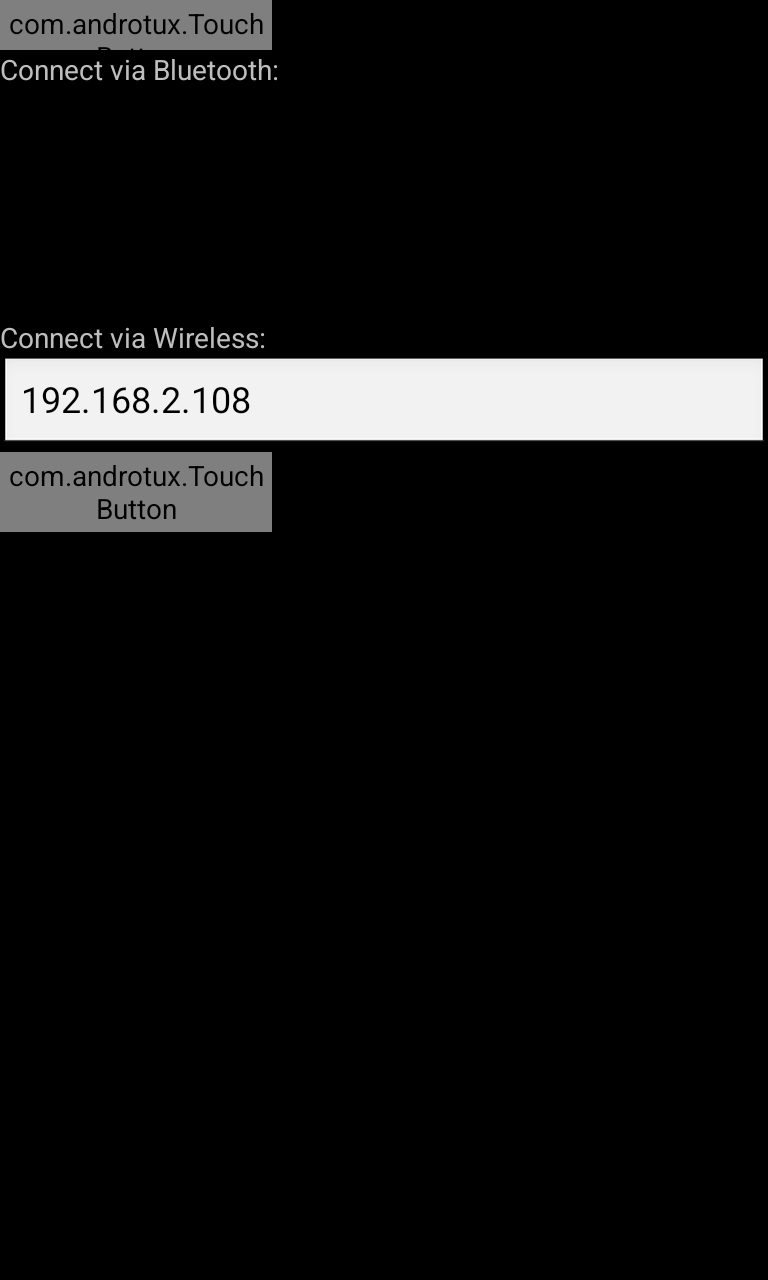
Repository: itayrom/androtux
Layout: app/AndroTux/res/layout/fragment_settings.xml
An editor plug-in stored every save of this project. The layout is shown before and after the next save, followed by the edit.
Pictures or frames that could not be fetched are drawn as grey boxes. It is drawn on a 768 x 1280 px phone screen (xhdpi) without system bars, with theme android:Theme.NoTitleBar.Fullscreen; the app's code is not run. Lists and similar views that code fills are empty.

Above is the layout before, as saved 2014-09-08 22:57:21.

### app/AndroTux/res/layout/fragment_settings.xml
<!--
  Android Remote for Tux (AndroTux)
  Copyright (C) 2014 Itay Rom <1t4yr0m@gmail.com> Tal Sabo <tal.sabo@gmail.com>

  This program is free software: you can redistribute it and/or modify
  it under the terms of the GNU General Public License as published by
  the Free Software Foundation, either version 3 of the License, or
  (at your option) any later version.

  This program is distributed in the hope that it will be useful,
  but WITHOUT ANY WARRANTY; without even the implied warranty of
  MERCHANTABILITY or FITNESS FOR A PARTICULAR PURPOSE.  See the
  GNU General Public License for more details.

  You should have received a copy of the GNU General Public License
  along with this program.  If not, see <http://www.gnu.org/licenses/>.
-->
<LinearLayout xmlns:android="http://schemas.android.com/apk/res/android"
    xmlns:app="http://schemas.android.com/apk/res/com.androtux"
    android:layout_width="fill_parent"
    android:layout_height="fill_parent"
    android:orientation="vertical" >

    <LinearLayout
        android:orientation="horizontal"
        android:layout_width="match_parent"
        android:layout_height="25dp">

        <com.androtux.TouchButton
	        android:id="@+id/btnDisconnect"
	        android:layout_width="136dp"
	        android:layout_height="40dp"
	        app:enabled="false"
	        android:text="Disconnect" />

    </LinearLayout>

    <TextView
        android:layout_width="fill_parent"
        android:layout_height="wrap_content"
        android:text="Connect via Bluetooth:"/>

    <ListView
        android:id="@+id/lvPaired"
        android:layout_width="match_parent"
        android:layout_height="100dp">
    </ListView>

    <TextView
        android:layout_width="fill_parent"
        android:layout_height="wrap_content"
        android:layout_marginTop="15dp"
        android:text="Connect via Wireless:" />

    <EditText
        android:id="@+id/txtWirelessIp"
        android:layout_width="match_parent"
        android:layout_height="wrap_content"
        android:text="192.168.2.108"
        android:ems="10">
	</EditText>

    <com.androtux.TouchButton
        android:id="@+id/btnConnectWireless"
        android:layout_width="136dp"
        android:layout_height="40dp"
        app:enabled="true"
        android:text="Connect" />

</LinearLayout>

After the next save:
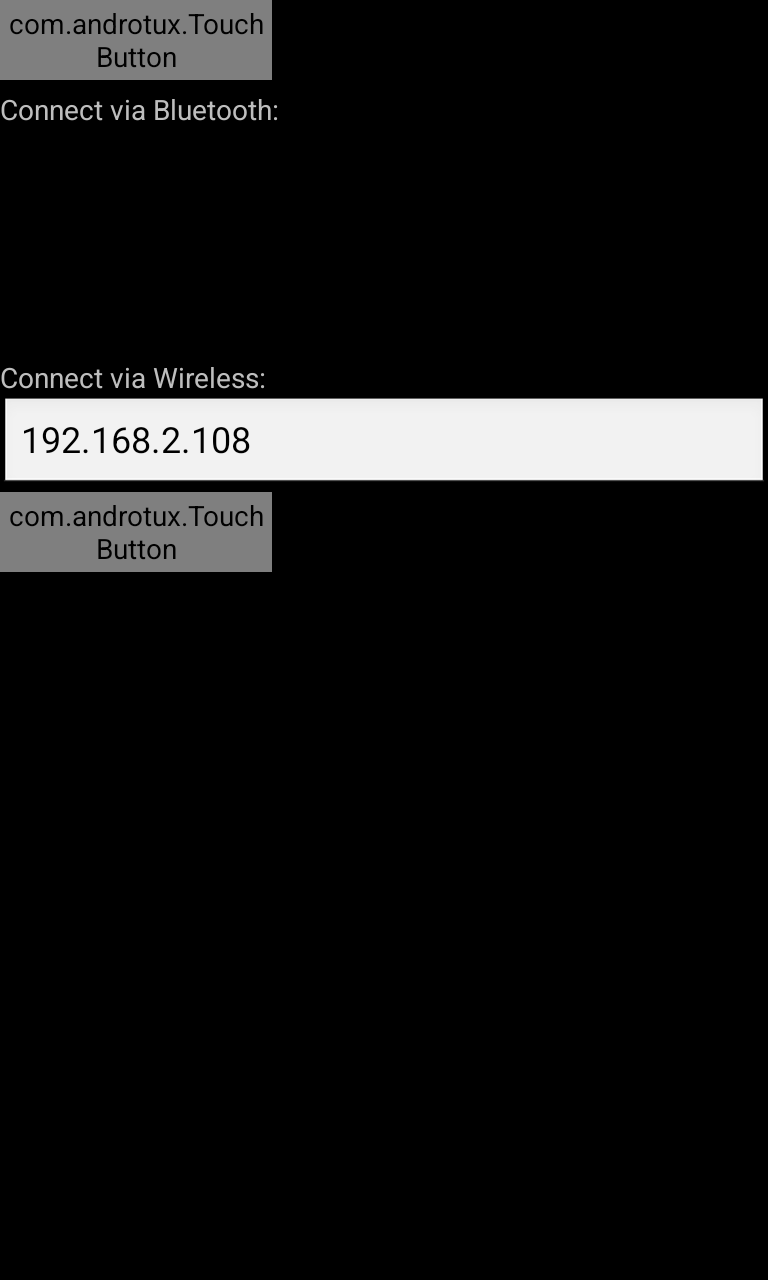
Saved 26 s later.
--- a/app/AndroTux/res/layout/fragment_settings.xml
+++ b/app/AndroTux/res/layout/fragment_settings.xml
@@ -24,7 +24,7 @@
     <LinearLayout
         android:orientation="horizontal"
         android:layout_width="match_parent"
-        android:layout_height="25dp">
+        android:layout_height="45dp">
 
         <com.androtux.TouchButton
 	        android:id="@+id/btnDisconnect"
